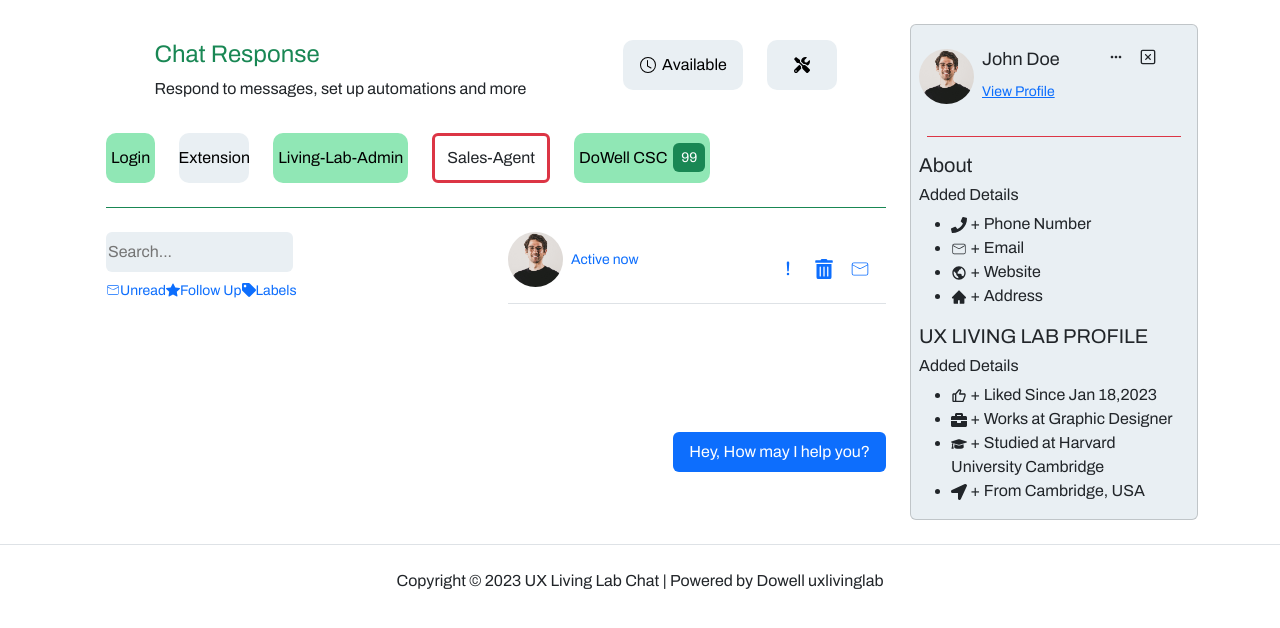
Repository: uh-sman/UX-Living-Lab-Chat
Page: /
An editor plug-in stored every save of this project. The page is shown before and after the next save, followed by the edit.
The browser window is 1280 px wide. The pictures show the whole page.
The project was rebuilt for these pictures with package versions that can differ from the ones it lists, and the page was loaded fresh each time.

Above is the page before, as saved 2023-05-10 18:53:58.

After the next save:
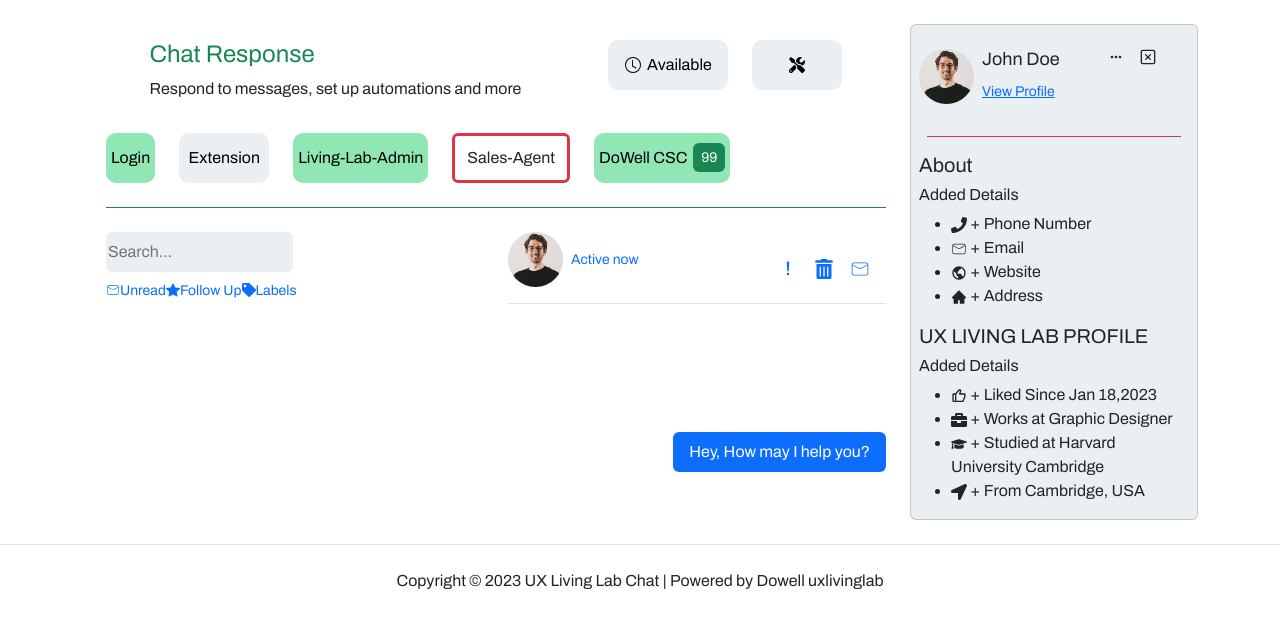
Saved 84 s later.
--- a/src/App.css
+++ b/src/App.css
@@ -39,7 +39,7 @@
   background: var(--bg-color);
   justify-content: center;
   height: 50px;
-  width: 70px;
+  width: 90px;
   gap: 6px;
   border: none;
   border-radius: 10px;
